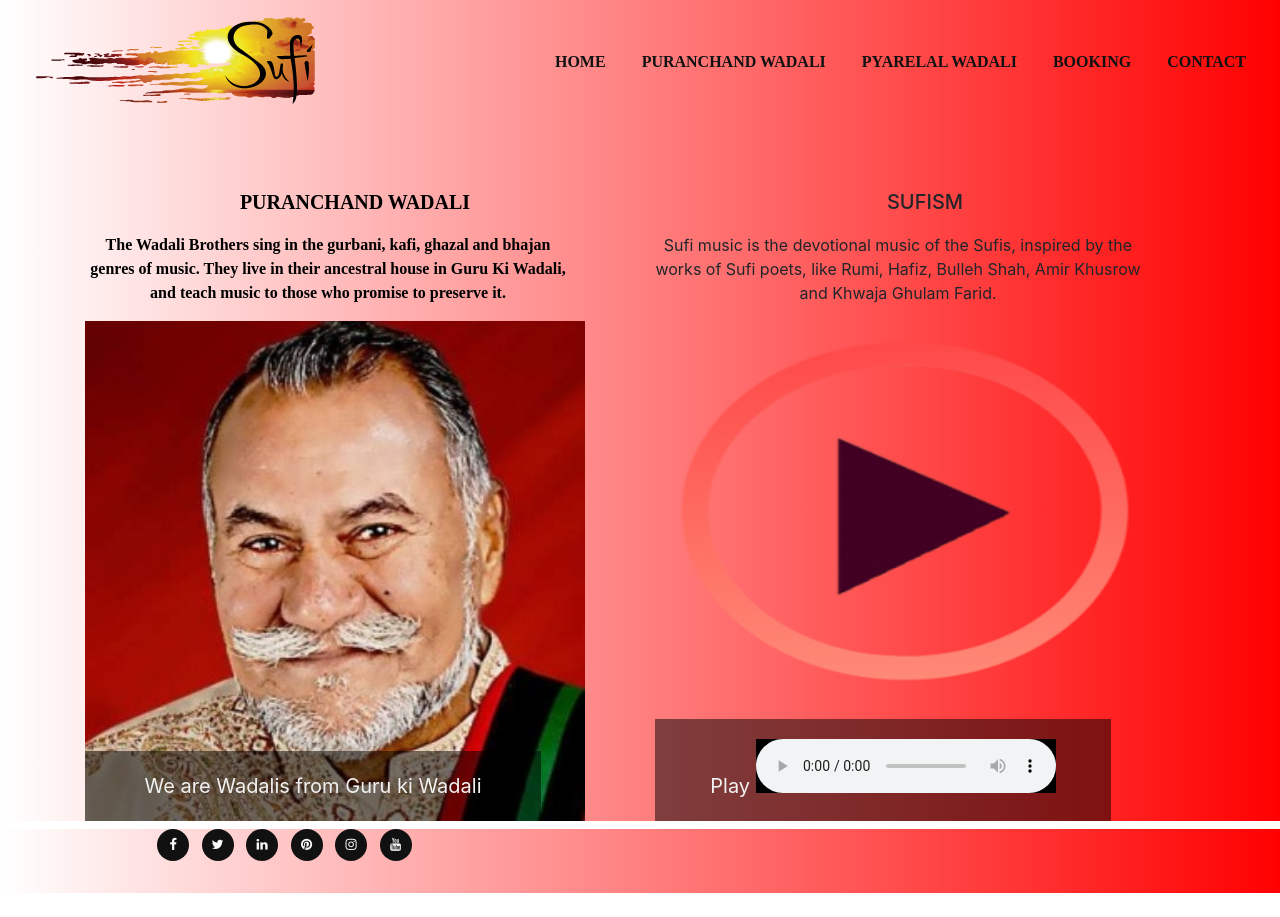
Repository: hankanallt/Wadalis
Page: puran.html
The author's editor kept a record of every edit. The page is drawn from the files as they stood at one moment, then again after the next edit.
The browser window is 1280 px wide. The pictures show the whole page.

Above is the page before.

### puran.html
<!DOCTYPE html>
<html lang="en">
<head>
    <meta charset="UTF-8">
    <meta name="viewport" content="width=device-width, initial-scale=1.0">
    <meta http-equiv="X-UA-Compatible" content="ie=edge">
     <link rel="stylesheet" href="style.css" type="text/css" />
    <link rel="stylesheet" href="https://stackpath.bootstrapcdn.com/bootstrap/4.3.1/css/bootstrap.min.css" integrity="sha384-ggOyR0iXCbMQv3Xipma34MD+dH/1fQ784/j6cY/iJTQUOhcWr7x9JvoRxT2MZw1T" crossorigin="anonymous">
    <script src="https://code.jquery.com/jquery-3.3.1.slim.min.js" integrity="sha384-q8i/X+965DzO0rT7abK41JStQIAqVgRVzpbzo5smXKp4YfRvH+8abtTE1Pi6jizo" crossorigin="anonymous"></script>
    <script src="https://cdnjs.cloudflare.com/ajax/libs/popper.js/1.14.7/umd/popper.min.js" integrity="sha384-UO2eT0CpHqdSJQ6hJty5KVphtPhzWj9WO1clHTMGa3JDZwrnQq4sF86dIHNDz0W1" crossorigin="anonymous"></script>
    <script src="https://stackpath.bootstrapcdn.com/bootstrap/4.3.1/js/bootstrap.min.js" integrity="sha384-JjSmVgyd0p3pXB1rRibZUAYoIIy6OrQ6VrjIEaFf/nJGzIxFDsf4x0xIM+B07jRM" crossorigin="anonymous"></script>
    <link rel="stylesheet" href="https://stackpath.bootstrapcdn.com/font-awesome/4.7.0/css/font-awesome.min.css" type="text/css" />

    <title>Wadali Bros</title>

</head>
<body>
       <section id=" nav-bar" >
  <nav class="navbar navbar-expand-lg navbar-light">
  <a class="navbar-brand" href="#"><img src="images/Logo-sufi.png"></a>

  <button class="navbar-toggler" type="button" data-toggle="collapse" data-target="#navbarNav"
  aria-controls="navbarNav" aria-expanded="false" aria-label="Toggle navigation">
    <i class="fa fa-bars"></i>
  </button>

  <div class="collapse navbar-collapse" id="navbarNav">
    <ul class="navbar-nav ml-auto">

      <li class="nav-item">
        <a class="nav-link" href="index.html">HOME</a>
      </li>
      <li class="nav-item">
        <a class="nav-link" href="puran.html">PURANCHAND WADALI</a>
      </li>
      <li class="nav-item">
        <a class="nav-link" href="pyare.html">PYARELAL WADALI</a>
      </li>
      <li class="nav-item">
        <a class="nav-link" href="book.html">BOOKING</a>
      </li>
      <li class="nav-item">
        <a class="nav-link" href="contact.html">CONTACT</a>
      </li>
    </ul>
  </div>
</nav>
    </section>

  <!-----------------banner--------------------->

   <section id= "banner" >
    <div class="container">
      <div class="row">
        <div class="col-md-6">

          <p class="title"><a href="https://en.wikipedia.org/wiki/Wadali_Brothers">PURANCHAND WADALI</p>
          <p class="center">The Wadali Brothers sing in the gurbani, kafi, ghazal and bhajan genres of music. They live in their ancestral house in Guru Ki Wadali,
          and teach music to those who promise to preserve it.
          </p>
          <a href="#"><img src="images/puran.jpg" width="500"></a>
          <div class="overlay">We are Wadalis from Guru ki Wadali
          </div>

          </div>

          <div class="col-md-6">
          <p class="title">SUFISM</p>
          <p class="center">Sufi music is the devotional music of the Sufis, inspired by the works of Sufi poets, like Rumi, Hafiz, Bulleh Shah, Amir Khusrow and Khwaja Ghulam Farid.</p>

          <a href="#"><img src="images/play button.png" onClick="document.getElementById('audio_play').play(); return false;"  width="500" height="380"></a>
          <div class="overlay">Play
          <audio id="audio_play" controls id="controls">
          <source src="instrumental.mp3" type="audio/mpeg" />
          </audio>
          </div>

        </div>
      </div>
    </div>
  </section>

   <footer class="mainfooter">
    <div class="col-sm-4" ml-auto>
                <h5 class="uppercase general-sub"></h5>
                <ul class="list-inline social-links">
                    <li class="list-inline-item">
                        <a target="_blank" href="https://www.facebook.com/thewadalibrothers/">
                            <i class="fa fa-facebook" aria-hidden="true"></i>
                            <span class="sr-only">Facebook</span>
                        </a>
                    </li>
                    <li class="list-inline-item">
                        <a target="_blank" href="https://twitter.com/wadalibrothers?lang=en">
                            <i class="fa fa-twitter" aria-hidden="true"></i>
                            <span class="sr-only">Twitter</span>
                        </a>
                    </li>
                    <li class="list-inline-item">
                        <a target="_blank" href="https://in.linkedin.com/in/wadali-brothers-322633147">
                            <i class="fa fa-linkedin" aria-hidden="true"></i>
                            <span class="sr-only">LinkedIn</span>
                        </a>
                    </li>
                    <li class="list-inline-item">
                        <a target="_blank" href="https://in.pinterest.com/wadalibrothers/">
                            <i class="fa fa-pinterest" aria-hidden="true"></i>
                            <span class="sr-only">Pinterest</span>
                        </a>
                    </li>
                    <li class="list-inline-item">
                        <a target="_blank" href="https://www.instagram.com/explore/tags/wadalibrothers/">
                            <i class="fa fa-instagram" aria-hidden="true"></i>
                            <span class="sr-only">Instagram</span>
                        </a>
                    </li>
                    <li class="list-inline-item">
                        <a target="_blank" href="https://www.youtube.com/watch?v=tL5sYdlk20I">
                            <i class="fa fa-youtube" aria-hidden="true"></i>
                            <span class="sr-only">YouTube</span>
                        </a>
                    </li>
                </ul>
            </div>

    </footer>
</body>
</html>

### style.css
*
{
    margin:0;
    padding: 0;
}

.body
{
    font-family: sans-serif;
}

#nav-bar
{
    position: absolute;
    top: 0;
    z-index: auto;
}

.navbar
{
 background-image: linear-gradient(to right, rgba(255,0,0,0), rgba(255,0,0,1));
}

.navbar-brand-img
{
    height: 15%;
    padding-left: 20;
    resize: auto;
    transform: translate(200px, 150px)rotate(20deg)
}

.navbar-nav li
{
    padding: 0 10px;
}

.navbar-nav li a
{
color : #111111 !important ;
font-weight : 600;
font-family: cursive;
float: right;
text-align: left;

}

.navbar-nav li a i:hover {
    background: #111111;
    transition: all 0.35s ease-in-out;
    -moz-transition: all 0.35s ease-in-out;
    -webkit-transition: all 0.35s ease-in-out;
    -o-transition: all 0.35s ease-in-out;

}

.fa-bars
{
    color: #fff;
    font-size: 30px;
}

.navbar-toggler{
    outline: none;
}

.center
{
    text-align: center;
    width: 90%;

}

.p
{
    background-color: silver;
    color: blue;

}

#banner
{
    background-image: linear-gradient(to right, rgba(255,0,0,0), rgba(255,0,0,1));
    padding-top: 5%;
    background-position: center;
    background-repeat: no-repeat;
    background-size: cover;
    min-height: 360px;
    transition: all .5s ease-in-out;
    -moz-transition: all .5s ease-in-out;
    -webkit-transition: all .5s ease-in-out;
}

.title
{
    font-size: 20px;
    font-weight: 500;
    text-align: center;
    display: block;
}

.img{
    border-color: black;
    border-radius: 2px;

}

.img1{
    border-color: black;
    border-radius: 2px;

}

.controls{
    color:transparent;
}
.overlay {
position: absolute;
  bottom: 0;
  background: rgb(0, 0, 0);
  background: rgba(0, 0, 0, 0.5); /* Black see-through */
  color: #f1f1f1;
  width: 80%;
  transition: .5s ease;
  opacity:5;
  font-size: 20px;
  padding: 20px;
  text-align: center;
}

/* When you mouse over the container, fade in the overlay title */

.container:hover .overlay {
  opacity: 5;
  transition: ease-in-out;
}



#banner a
{
    color: black;
    text-decoration: none;
    font-family: cursive;
    font-weight: bold;
}

/*-------------------------------footer*/

.mainfooter
{
  background-image: linear-gradient(to right, rgba(255,0,0,0), rgba(255,0,0,1));
  padding-bottom: 5%;
  margin: auto;
}

#audio_play{
    background-color:black;

}
/*-------------------------social links----------*/


.social-links {
    padding-bottom: 15px;
    float: right;
}



.social-links li a i {
    width: 32px;
    height: 32px;
    padding: 12px 0;
    border-radius: 50%;
    font-size: 13px;
    line-height: 7px;
    text-align: center;
    color: #fafafa;
    background: #111111;
    transition: all 0.35s ease-in-out;
    -moz-transition: all 0.35s ease-in-out;
    -webkit-transition: all 0.35s ease-in-out;
    -o-transition: all 0.35s ease-in-out;
}


.social-links li a i:hover {
    background: #e84610;
}
.foot{
    float: right;
    margin-right: 50px;
}

/*-----------------contact form-----------*/

.contact-form{
    margin-top: 100px;
    color: black;
    text-transform: inherit;
    transition: all 4s ease-in-out;

}

.contact-form h1{
    font-size: 20px;
    line-height: 10px;

}

.contact-form h2{
    font-size: 10px;
}

.form{
    margin-top: 50px;
     transition: all 4s ease-in-out;

}

.formcontrol{
    width: 600px;
    border-bottom: 2px solid;
    color: black;
    font-size: 18px;
    margin-bottom: 16px;
    font-weight: bold

}

.formcontrol1{
    background-color: transparent;
    border-color: black;
    font-size: 20px;
    font-weight: bold;
    letter-spacing: 2px;
    height: 50px;
    margin-top: 20px;



}

.formcontrol1:hover{
    background-color: pink;
    cursor: pointer;
}

@media(min-width: 900px){
    .center-form{
    padding-top: 30;
    min-height: 240px;
    margin: 0 auto;
    max-width: 50%;
}
}

After the next edit:
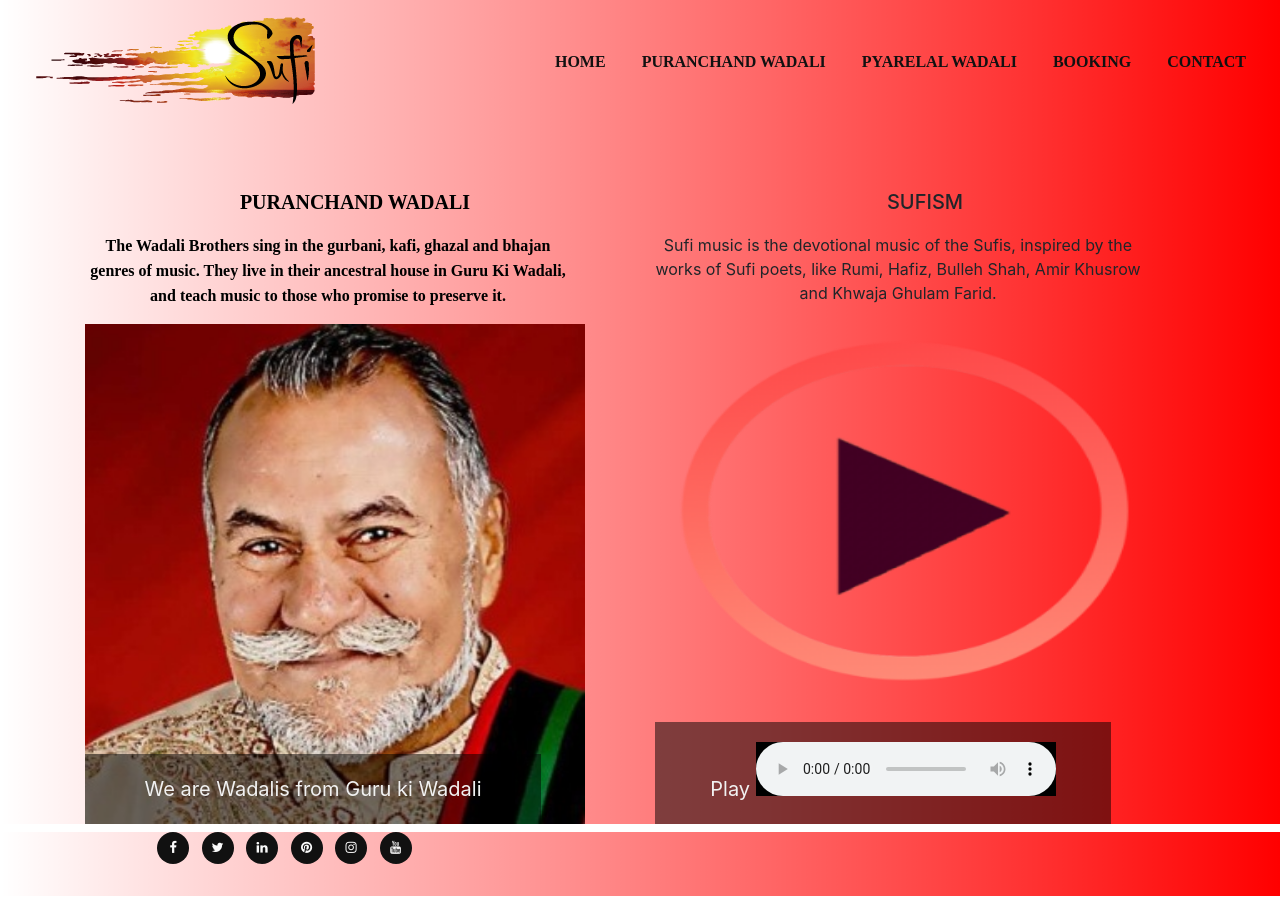
The edit:
--- a/puran.html
+++ b/puran.html
@@ -56,7 +56,7 @@
 
           <p class="title"><a href="https://en.wikipedia.org/wiki/Wadali_Brothers">PURANCHAND WADALI</p>
           <p class="center">The Wadali Brothers sing in the gurbani, kafi, ghazal and bhajan genres of music. They live in their ancestral house in Guru Ki Wadali,
-          and teach music to those who promise to preserve it.
+          and teach music to those who promise to preserve it.</a>
           </p>
           <a href="#"><img src="images/puran.jpg" width="500"></a>
           <div class="overlay">We are Wadalis from Guru ki Wadali
